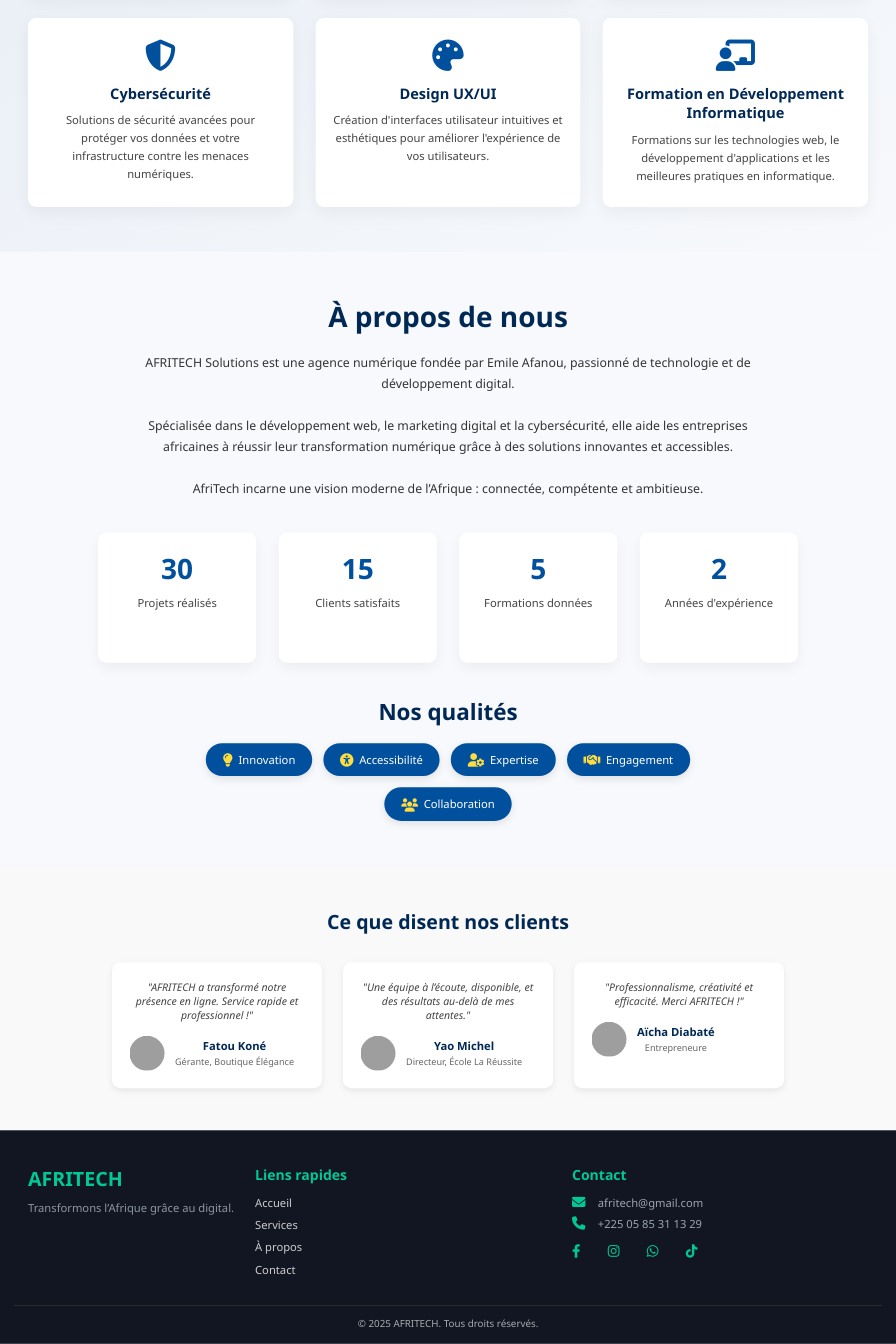
Repository: prestige225/AFRITECH
Page: index.html
An editor plug-in stored every save of this project. The page is shown before and after the next save, followed by the edit.
The browser window is 1280 px wide. The pictures show the part of the page from y = 914 to 2834 px (the page is 2834 px tall), at 70% of full size.
Pictures or frames that could not be fetched are drawn as grey boxes.

Above is the page before, as saved 2025-07-26 00:17:30.
Console error: TypeError: Cannot read properties of null (reading 'addEventListener')

After the next save:
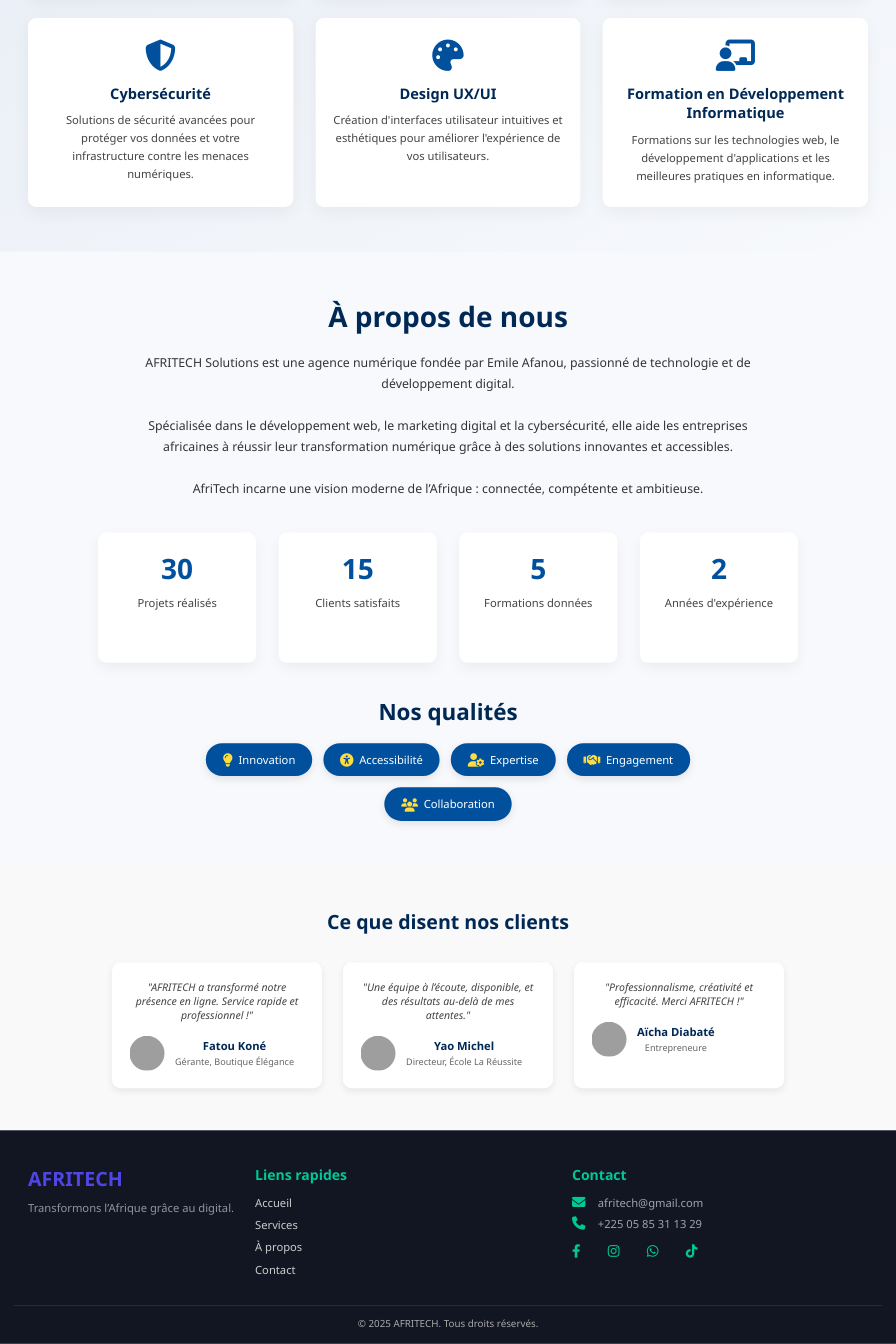
Saved 66 s later.
--- a/style.css
+++ b/style.css
@@ -707,7 +707,7 @@ button.btn:hover {
 .footer h2 {
   font-size: 28px;
   margin-bottom: 10px;
-  color: #00c896;
+  color: #4f46e5;
 }
 
 .footer-brand p {
